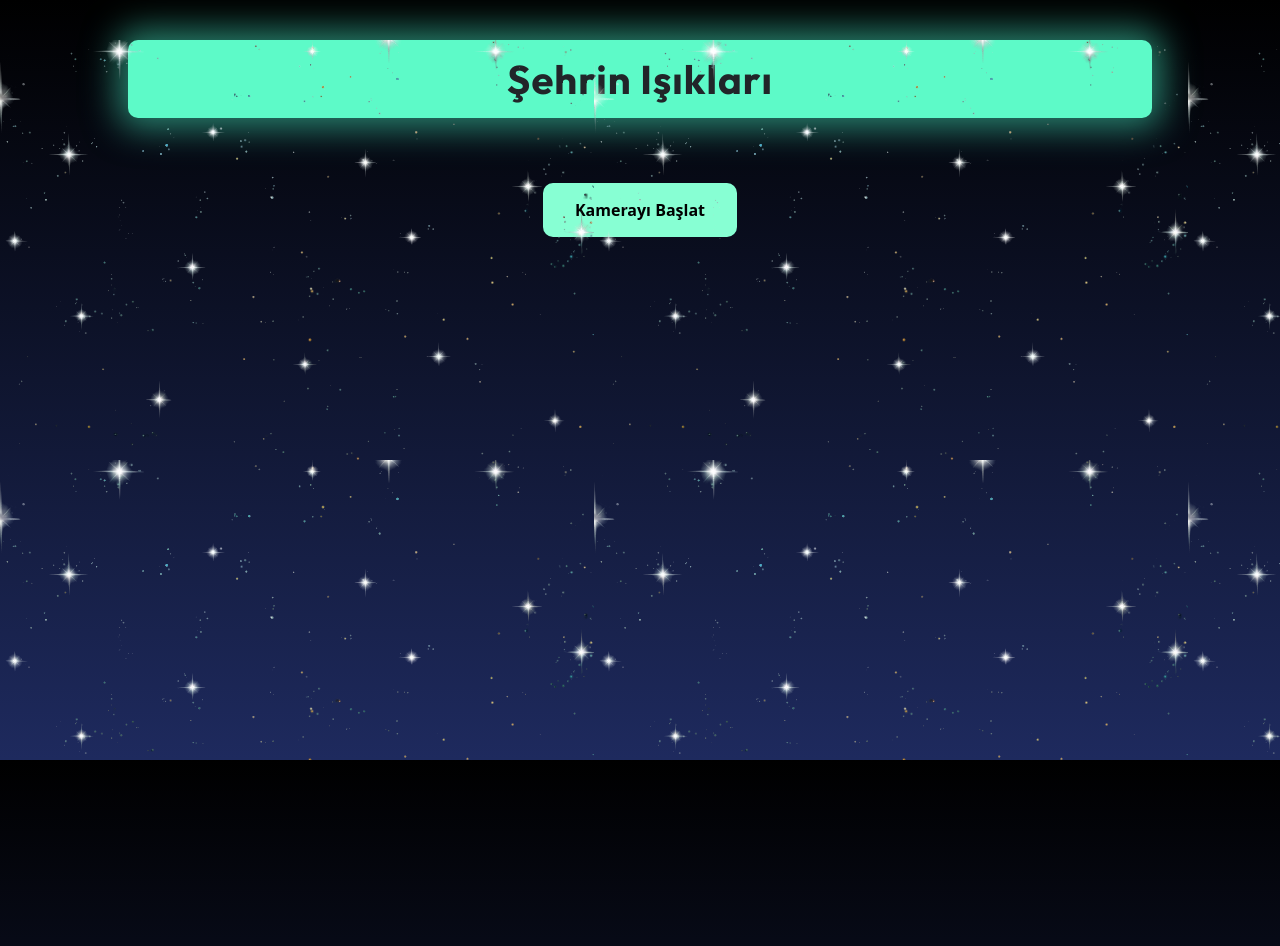
Repository: BiranOrundas/CameraQR
Page: index.html
An editor plug-in stored every save of this project. The page is shown before and after the next save, followed by the edit.
The browser window is 1280 px wide. The pictures show the whole page.

Above is the page before, as saved 2024-08-29 15:43:15.

After the next save:
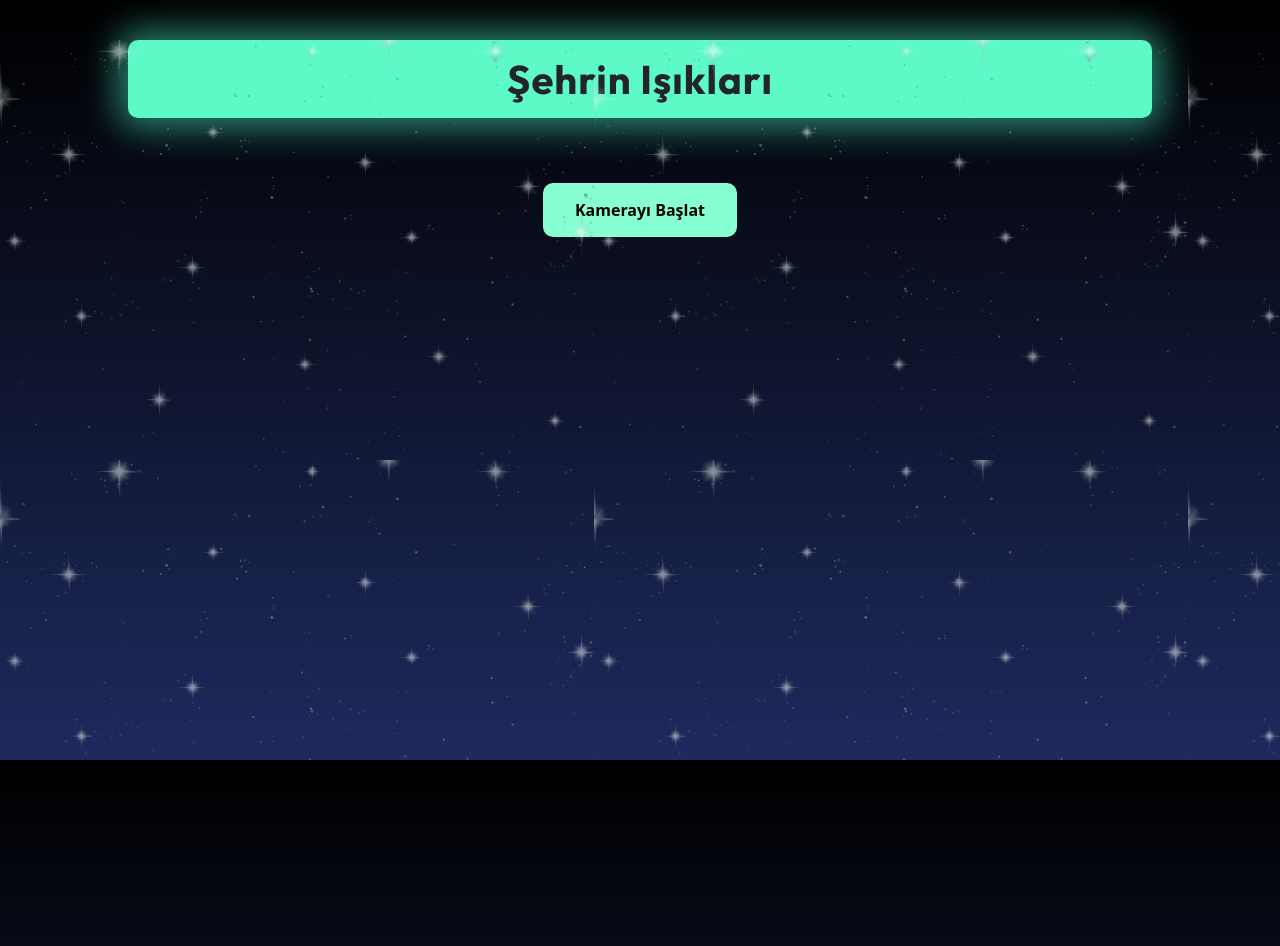
Saved 4 s later.
--- a/style.css
+++ b/style.css
@@ -17,6 +17,7 @@
   margin-left: -10%;
   object-fit: cover;
   z-index: 0;
+  opacity: 0.5;
 }
 
 body{
